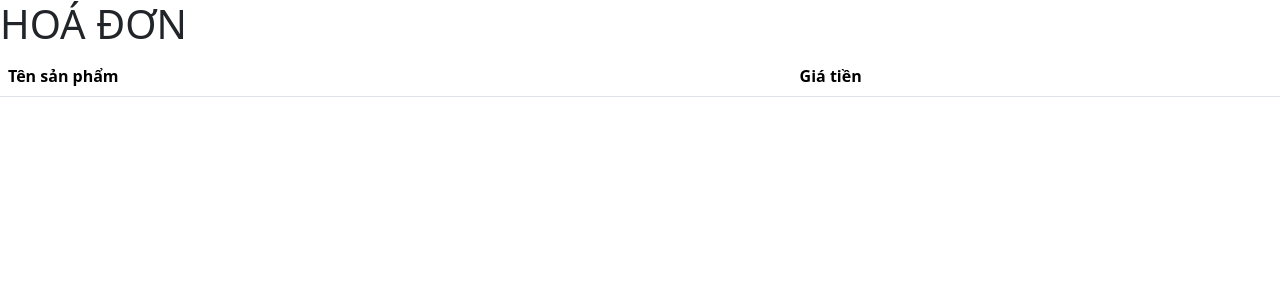
Repository: Vanh260703/Java-Servlet
Page: http://localhost/Bai7/datMuaMayTinh.jsp
These files come from the project's save history. The page is drawn as it stood at one moment and after the next save; the edit follows.
The browser window is 1280 px wide. The pictures show the whole page.
The page is served by Tomcat 9.

Above is the page before, as saved 2025-03-04 20:06:37.

### Bai7/src/main/webapp/datMuaMayTinh.jsp
<%@ page language="java" contentType="text/html; charset=UTF-8"
    pageEncoding="UTF-8"%>
<!DOCTYPE html>
<html>
<head>
<meta charset="UTF-8">
<title>Insert title here</title>
<link href="https://cdn.jsdelivr.net/npm/bootstrap@5.3.3/dist/css/bootstrap.min.css" rel="stylesheet" integrity="sha384-QWTKZyjpPEjISv5WaRU9OFeRpok6YctnYmDr5pNlyT2bRjXh0JMhjY6hW+ALEwIH" crossorigin="anonymous">
<script src="https://cdn.jsdelivr.net/npm/@popperjs/core@2.11.8/dist/umd/popper.min.js" integrity="sha384-I7E8VVD/ismYTF4hNIPjVp/Zjvgyol6VFvRkX/vR+Vc4jQkC+hVqc2pM8ODewa9r" crossorigin="anonymous"></script>
<script src="https://cdn.jsdelivr.net/npm/bootstrap@5.3.3/dist/js/bootstrap.min.js" integrity="sha384-0pUGZvbkm6XF6gxjEnlmuGrJXVbNuzT9qBBavbLwCsOGabYfZo0T0to5eqruptLy" crossorigin="anonymous"></script>
</head>
<body>
	<%
		// Radio button => name
		String processor = request.getParameter("processor");
		String ram = request.getParameter("ram");
		double processorPrice = 0;
		double ramPrice = 0;
		double monitorPrice = 0;
		double accessoriesPrice = 0;
		double totalAmount = 0;
		if(processor != null){
			if(processor.equals("CoreI9")){
				processorPrice = 5000000;
			}else if(processor.equals("CoreI7")){
				processorPrice = 4000000;
			}else if(processor.equals("CoreI5")){
				processorPrice = 3000000;
			}
			totalAmount += processorPrice;
		}

		if(ram != null){
			if(ram.equals("8GB")){
				ramPrice = 500000;
			}else if(ram.equals("16GB")){
				ramPrice = 1200000;
			}
		totalAmount += ramPrice;
		}

		//Checkbox => name
		String monitor = request.getParameter("monitor");
		if(monitor != null){
			monitorPrice += 1500000;
		}
		//Select String [] mang =  getParameterValues("ten");

		String[] accessories = request.getParameterValues("accessories");
		if(accessories != null){
		for(String option: accessories){
			if(option.equals("Camera")){
				accessoriesPrice = 800000;
			}else if(option.equals("Printer")){
				accessoriesPrice = 1500000;
			}else if(option.equals("Scanner")){
				accessoriesPrice = 1500000;
			}
		}
			totalAmount += accessoriesPrice;
		}
	%>

	<h1>HOÁ ĐƠN</h1>
	<table class="table">
	  <thead>
	    <tr>
	      <th scope="col">Tên sản phẩm</th>
	      <th scope="col">Giá tiền</th>
	    </tr>
	  </thead>
	  <tbody>
	  <% if(processor != null){ %>
	    <tr>
	      <td><%= processor %></td>
	      <td><%= processorPrice %></td>
	    </tr>
	    <% } %>
	    <% if(ram != null){ %>
	    <tr>
	      <td><%= ram %></td>
	      <td><%= ramPrice %></td>
	    </tr>
	    <% } %>
	    <% if(monitor != null){ %>
	    <tr>
	      <td><%= monitor %></td>
	      <td><%= monitorPrice %></td>
	    </tr>
	    <% } %>
	    <%
	    	if(accessories != null){
			for(String option: accessories){
				if(option.equals("Camera")){
					accessoriesPrice = 800000;
				}else if(option.equals("Printer")){
					accessoriesPrice = 1500000;
				}else if(option.equals("Scanner")){
					accessoriesPrice = 1500000;
				}
				%>
				<tr>
					<td><%= option %></td>
					<td><%= accessoriesPrice %></td>
				</tr>
				<%
			}
	    	}
			%>
	  </tbody>
</table>
</body>
</html>

After the next save:
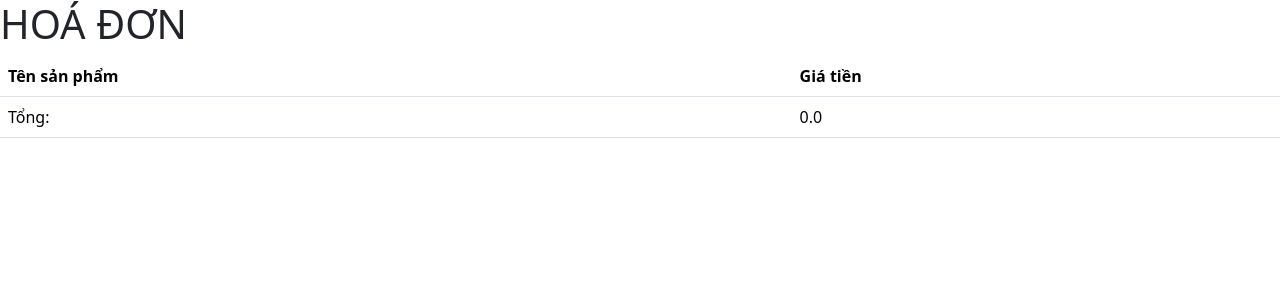
Saved 52 s later.
--- a/Bai7/src/main/webapp/datMuaMayTinh.jsp
+++ b/Bai7/src/main/webapp/datMuaMayTinh.jsp
@@ -107,6 +107,10 @@
 			}
 	    	}
 			%>
+			<tr>
+				<td>Tổng:</td>
+				<td><%= totalAmount %></td>
+			</tr>
 	  </tbody>
 </table>
 </body>
